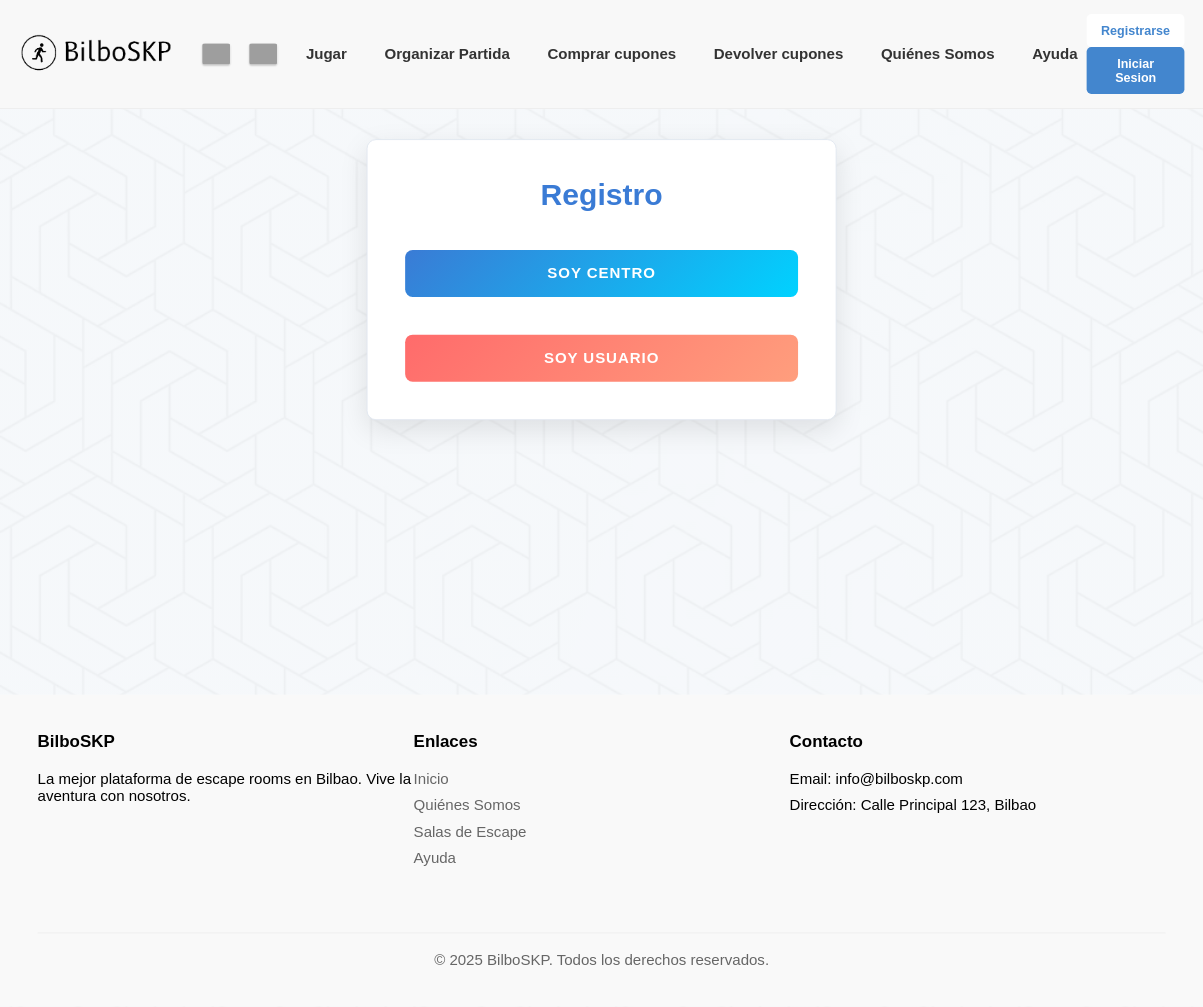
Repository: Andrew1447/Reto3-main
Page: http://localhost/bilboSKP/Registrar.jsp
An editor plug-in stored every save of this project. The page is shown before and after the next save, followed by the edit.
The browser window is 1280 px wide. The pictures show the whole page, at 94% of full size.
Pictures or frames that could not be fetched are drawn as grey boxes. Backgrounds fixed to the window are drawn as part of the page. Some web fonts or font styles are not loaded; a fallback is used. The page is served by Tomcat 9. Other server files are loaded and not shown. The template is opened directly, without the code that normally fills it, so the values that code supplies are empty.

Above is the page before, as saved 2025-04-27 15:48:39.

### bilboSKP/src/main/webapp/Registrar.jsp
<%@ page language="java" contentType="text/html; charset=UTF-8" pageEncoding="UTF-8"%>
<!DOCTYPE html>
<html lang="en">
<head>
    <meta charset="UTF-8">
    <meta name="viewport" content="width=device-width, initial-scale=1.0">
    <title>Login</title>
    <link rel="stylesheet" href="styles/style.css">
    <link rel="stylesheet" href="styles/login.css">
    <link rel="stylesheet" href="styles/Resgistrarmenu.css">
    <link rel="preconnect" href="https://fonts.googleapis.com">
    <link rel="preconnect" href="https://fonts.gstatic.com" crossorigin>
    <link href="https://fonts.googleapis.com/css2?family=Ubuntu:ital,wght@0,300;0,400;0,500;0,700;1,300;1,400;1,500;1,700&display=swap" rel="stylesheet">
</head>
<body>
<header>
    <div class="logo-container">
        <a href="Index.jsp"><img src="img/bilboskp-high-resolution-logo-removebg-preview.png"></a>

        <div class="language-selector">
                <a href="?lang=es" title="Español">
                    <img src="https://upload.wikimedia.org/wikipedia/commons/thumb/9/9a/Flag_of_Spain.svg/1200px-Flag_of_Spain.svg.png" alt="Bandera de España">
                </a>
                <a href="?lang=en" title="English">
                    <img src="https://upload.wikimedia.org/wikipedia/commons/thumb/8/83/Flag_of_the_United_Kingdom_%283-5%29.svg/1200px-Flag_of_the_United_Kingdom_%283-5%29.svg.png" alt="Bandera del Reino Unido">
                </a>
            </div>
        </div>

    <nav>

        <a href="EscapeRooms.jsp">Jugar</a>
        <a href="OrganizarPartida.jsp">Organizar Partida</a>
        <a href="Packcupones.jsp">Comprar cupones</a>
		<a href="DevolverCupones.jsp">Devolver cupones</a>
        <a href="QuienesSomos.jsp">Quiénes Somos</a>
        <a href="Ayuda.jsp">Ayuda</a>

        <%
            Integer idRolUsuario = (Integer) request.getAttribute("idRol");
            Integer idCentroSesion = (Integer) request.getAttribute("idCentroSesion");

            // Mostrar "Registrar Centro" solo si el usuario no está logueado como centro
            if (idCentroSesion == null && idRolUsuario != null && idRolUsuario.equals(2)) {
        %>
                <a href="CentroRegistro.jsp">Registrar Centro</a>
        <%
            }
        %>
    </nav>

<div class="botones">
    <%
        String nombreSesion = (String) request.getAttribute("nombreSesion");
        String tipoUsuario = (String) request.getAttribute("tipoUsuario");
        Integer saldoCupones = (Integer) request.getAttribute("saldoCupones");

        if (nombreSesion != null && !nombreSesion.isEmpty()) {
            if (tipoUsuario != null && tipoUsuario.equals("usuario")) {
    %>
                <span class="nombre-usuario">Bienvenido, <%= nombreSesion %> (<%= saldoCupones != null ? saldoCupones : 0 %> cupones)</span>
                <button onclick="window.location.href='LogoutServlet'">Cerrar Sesión</button>
    <%
            } else if (tipoUsuario != null && tipoUsuario.equals("centro")) {
    %>
                <span class="nombre-centro">Bienvenido, <%= nombreSesion %></span>
                <button onclick="window.location.href='LogoutCentroServlet'">Cerrar Sesión</button>
    <%
            }
        } else {
    %>
        <button class= "registrarse" onclick="window.location.href='Registrar.jsp'">Registrarse</button>
        <button onclick="window.location.href='login.jsp'">Iniciar Sesion</button>
    <%
        }
    %>
</div>
    </header>
    <div class="content-container">
        <div class="card">
            <h2>Registro</h2>
            <button class="casino-btn" onclick="window.location.href='SolicitudEmail.jsp'">SOY CENTRO</button>

            <button class="usuario-btn" onclick="window.location.href='Registrar3.jsp'">SOY USUARIO</button>
        </div>
    </div>
    <footer>
        <div class="container">
            <div class="footer-content">
                <div class="footer-column">
                    <h3>BilboSKP</h3>
                    <p>La mejor plataforma de escape rooms en Bilbao. Vive la aventura con nosotros.</p>
                </div>
                <div class="footer-column">
                    <h3>Enlaces</h3>
                    <ul>
                        <li><a href="Index.jsp">Inicio</a></li>
                        <li><a href="QuienesSomos.jsp">Quiénes Somos</a></li>
                        <li><a href="EscapeRooms.jsp">Salas de Escape</a></li>
                        <li><a href="Ayuda.jsp">Ayuda</a></li>
                    </ul>
                </div>
                <div class="footer-column">
                    <h3>Contacto</h3>
                    <ul>
                        <li>Email: info@bilboskp.com</li>
                        <li>Dirección: Calle Principal 123, Bilbao</li>
                    </ul>
                </div>
            </div>
            <div class="footer-bottom">
                <p>&copy; 2025 BilboSKP. Todos los derechos reservados.</p>
            </div>
        </div>
    </footer>
</body>
</html>

### bilboSKP/src/main/webapp/styles/style.css
* {
      margin: 0;
      padding: 0;
      box-sizing: border-box;
    }

body {
    font-family: "Ubuntu", sans-serif;
    font-weight: 500;
    font-style: normal;
    background-color: #f4f7fa;
    margin: 0;
    padding: 0;
    background-image: linear-gradient(rgba(244, 247, 250, 0.85), rgba(244, 247, 250, 0.85)), url('../img/fondod.png');
    background-repeat: no-repeat;
    background-size: cover;
    background-position: center;
    background-attachment: fixed; /* Esto asegura que el fondo permanezca fijo */
}

.logo-container {
            display: flex;
            align-items: center;
        }

        .logo-container img {
            height: 50px;
            width: auto;
        }

  .language-selector {
            display: flex;
            align-items: center;
            margin-left: 20px;
        }

        .language-selector a {
            display: flex;
            align-items: center;
            margin: 0 5px;
            padding: 5px;
            border-radius: 4px;
            transition: background-color 0.2s;
        }

        .language-selector a:hover {
            background-color: #f0f0f0;
        }

        .language-selector img {
            width: 30px;
            height: auto;
            border-radius: 3px;
            box-shadow: 0 1px 2px rgba(0, 0, 0, 0.2);
        }

header {
    display: grid;
    grid-template-columns: 1fr auto 1fr;
    align-items: center;
    padding: 15px 20px;
    background-color: #f8f8f8;
    border-bottom: 1px solid #eee;
}

header > a:first-child {
    justify-self: start;
}

header a img {
    max-height: 50px;
}

header nav {
    grid-column: 2;
    display: flex;
    justify-content: center;
    gap: 20px; /* Equal spacing between links */
}

header nav a {
    text-decoration: none;
    color: #333;
    margin-left: 20px;
    font-weight: bold;
}

header nav a:hover {
    color: #4386ce;
}

header button {
    background-color: #4386ce;
    color: white;
    border: none;
    padding: 10px 15px;
    border-radius: 5px;
    cursor: pointer;
    margin-left: 10px;
    font-weight: bold;
}

header button:hover {
    background-color: #437cb8;
}


body{
  font-family: "Ubuntu", sans-serif;
  font-weight: 500;
  font-style: normal;
  background-repeat: no-repeat;
  background-size: cover;
  background-attachment: fixed;
}

.botones {
    grid-column: 3;
    justify-self: end;
}

.registrarse{
    background-color: #ffff;
    color: #4386ce;
    font-weight: bold;
}
.registrarse:hover{
    background-color: #cfcfcf;
    color: #4386ce;
    font-weight: bold;
}



	.container {
	width: 100%;
    max-width: 1200px;
    margin: 0 auto;
	}


        /* Footer */
        footer {
            background-color: #f9f9f9;
            padding: 40px 0;
            margin-top: 60px;
        }

        .footer-content {
            display: flex;
            justify-content: space-between;
            flex-wrap: wrap;
        }

        .footer-column {
            flex: 1;
            min-width: 200px;
            margin-bottom: 20px;
        }

        .footer-column h3 {
            margin-bottom: 20px;
            font-size: 18px;
        }

        .footer-column ul {
            list-style: none;
        }

        .footer-column ul li {
            margin-bottom: 10px;
        }

        .footer-column ul li a {
            text-decoration: none;
            color: #666;
        }

        .footer-bottom {
            text-align: center;
            margin-top: 40px;
            padding-top: 20px;
            border-top: 1px solid #eee;
            color: #666;
        }

        /* Responsive */
        @media (max-width: 768px) {
            header {
                flex-direction: column;
                gap: 15px;
            }

            nav ul {
                margin: 15px 0;
                flex-wrap: wrap;
                justify-content: center;
            }

            .about-content {
                flex-direction: column;
            }

            .features {
                grid-template-columns: 1fr;
            }

            .carousel-container {
                height: 300px;
            }
        }

### bilboSKP/src/main/webapp/styles/login.css
.container {
    width: 100%;
    max-width: 1200px;
    margin: 0 auto;
  }

  .flex {
    display: flex;
  }

  .items-center {
    align-items: center;
  }

  .justify-center {
    justify-content: center;
  }

  .min-h-screen {
    min-height: 100vh;
  }

  .px-4 {
    padding-left: 1rem;
    padding-right: 1rem;
  }
  /* Tarjeta principal */
.card {
    background-color: white;
    border-radius: 0.5rem;
    border: 1px solid #e2e8f0;
    overflow: hidden;
    margin-bottom: 200px;
  }

  .w-full {
    width: 100%;
  }

  .max-w-md {
    max-width: 28rem;
  }

  /* Cabecera de la tarjeta */
  .card-header {
    padding: 1.5rem 1.5rem 0;
  }

  .card-title {
    font-size: 1.25rem;
    font-weight: 600;
    margin-bottom: 0.25rem;
  }

  .card-description {
    color: #64748b;
    font-size: 0.875rem;
  }

  .text-center {
    text-align: center;
  }

  .text-2xl {
    font-size: 1.5rem;
  }

  .space-y-1 > * + * {
    margin-top: 0.25rem;
  }

  /* Contenido de la tarjeta */
  .card-content {
    padding: 1.5rem;
  }

  /* Pie de la tarjeta */
  .card-footer {
    padding: 0 1.5rem 1.5rem;
  }

  .flex-col {
    flex-direction: column;
  }

  .space-y-2 > * + * {
    margin-top: 0.5rem;
  }


  /* Contenedor de pestañas */
.tabs-list {
    display: flex;
    border-bottom: 1px solid #e2e8f0;
    justify-content: center;
  }

  /* Botones de pestañas */
  .tab-trigger {
    padding: 0.5rem 1rem;
    font-size: 0.875rem;
    font-weight: 500;
    color: #64748b;
    background: none;
    border: none;
    cursor: pointer;
    border-bottom: 2px solid transparent;
  }

  .tab-trigger.active {
    color: #1e293b;
    border-bottom-color: #1e293b;
  }

  /* Contenido de pestañas */
  .tab-content {
    display: none;
    padding-top: 1rem;
  }

  .tab-content.active {
    display: block;
  }

  /* Espaciado del formulario */
.space-y-4 > * + * {
    margin-top: 1rem;
  }

  .mt-4 {
    margin-top: 1rem;
  }

  /* Etiquetas de formulario */
  .form-label {
    display: block;
    font-size: 0.875rem;
    font-weight: 500;
    margin-bottom: 0.25rem;
  }

  /* Campos de entrada */
  .form-input {
    width: 100%;
    padding: 0.5rem;
    border-radius: 0.375rem;
    border: 1px solid #e2e8f0;
    background-color: white;
    font-size: 0.875rem;
  }

  .form-input:focus {
    outline: none;
    border-color: #94a3b8;
    box-shadow: 0 0 0 1px #94a3b8;
  }

  /* Botón principal */
.btn {
    display: inline-flex;
    align-items: center;
    justify-content: center;
    border-radius: 0.375rem;
    padding: 0.5rem 1rem;
    font-weight: 500;
    background-color: #1e293b;
    color: white;
    cursor: pointer;
    border: none;
    transition: background-color 0.2s;
    text-decoration: none;
  }

  .btn:hover {
    background-color: #334155;
  }

  .w-full {
    width: 100%;
  }

  /* Textos pequeños */
.text-sm {
    font-size: 0.875rem;
  }

  /* Colores de texto */
  .text-slate-500 {
    color: #64748b;
  }

  .text-slate-800 {
    color: #1e293b;
  }

  /* Efectos de enlace */
  .hover-underline:hover {
    text-decoration: underline;
  }

### bilboSKP/src/main/webapp/styles/Resgistrarmenu.css
@import url("https://fonts.googleapis.com/css2?family=Ubuntu:ital,wght@0,300;0,400;0,500;0,700;1,300;1,400;1,500;1,700&display=swap");

:root {
  --primary-color: #3a7bd5;
  --secondary-color: #00d2ff;
  --accent-color: #ff6b6b;
  --background-color: #f5f7fa;
  --card-background: #ffffff;
  --text-color: #333333;
  --button-text: #ffffff;
}

a {
  color: inherit;
  text-decoration: none;
}

/* General styles */
.page-container {
  min-height: 100vh;
  display: flex;
  flex-direction: column;
}


/* Content container styles */
.content-container {
  flex: 1;
  display: flex;
  justify-content: center;
  align-items: center;
  padding: 2rem;
}

/* Card styles */
.card {
  background-color: var(--card-background);
  border-radius: 10px;
  box-shadow: 0 10px 30px rgba(0, 0, 0, 0.1);
  padding: 2.5rem;
  width: 100%;
  max-width: 500px;
  display: flex;
  flex-direction: column;
  align-items: center;
  gap: 1.5rem;
  transition: transform 0.3s ease, box-shadow 0.3s ease;
}

.card:hover {
  transform: translateY(-5px);
  box-shadow: 0 15px 35px rgba(0, 0, 0, 0.15);
}

.card h2 {
  font-size: 2rem;
  font-weight: 700;
  color: var(--primary-color);
  margin-bottom: 1rem;
  text-align: center;
}

/* Button styles */
.card button {
  width: 100%;
  padding: 1rem;
  border: none;
  border-radius: 8px;
  font-family: "Ubuntu", sans-serif;
  font-size: 1rem;
  font-weight: 700;
  cursor: pointer;
  transition: all 0.3s ease;
  color: var(--button-text);
  letter-spacing: 1px;
}

.casino-btn {
  background: linear-gradient(135deg, var(--primary-color), var(--secondary-color));
  margin-bottom: 1rem;
}

.usuario-btn {
  background: linear-gradient(135deg, var(--accent-color), #ff9e7d);
}

.card button:hover {
  transform: translateY(-3px);
  box-shadow: 0 5px 15px rgba(0, 0, 0, 0.2);
}

.card button:active {
  transform: translateY(0);
  box-shadow: 0 2px 5px rgba(0, 0, 0, 0.2);
}


/* Responsive styles */
@media (max-width: 768px) {
  header {
    flex-direction: column;
    padding: 1rem;
    gap: 1rem;
  }

  nav {
    gap: 1rem;
    width: 100%;
    justify-content: center;
  }

  .card {
    padding: 2rem 1.5rem;
  }
}

@media (max-width: 480px) {
  nav {
    flex-direction: column;
    align-items: center;
    gap: 0.5rem;
  }

  .card h2 {
    font-size: 1.5rem;
  }

  .card button {
    padding: 0.8rem;
  }
}

After the next save:
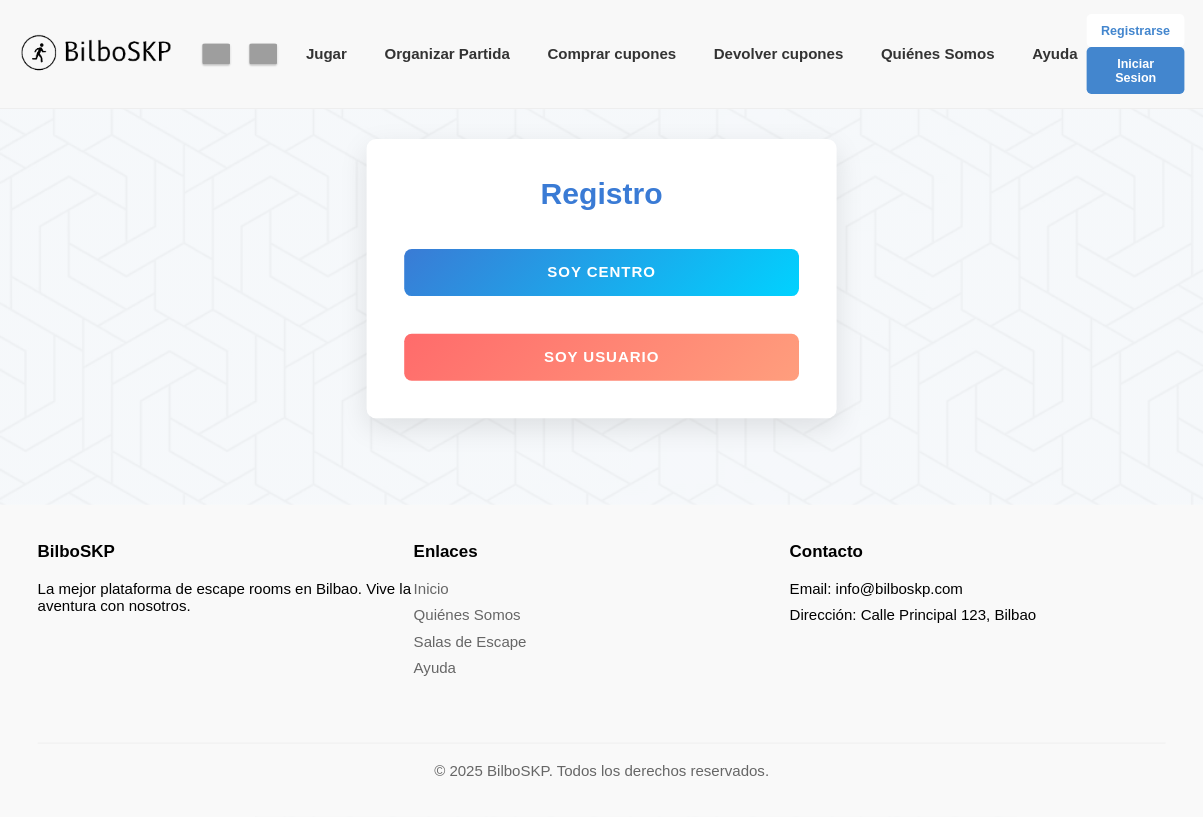
Saved 71 s later.
--- a/bilboSKP/src/main/webapp/Registrar.jsp
+++ b/bilboSKP/src/main/webapp/Registrar.jsp
@@ -6,7 +6,6 @@
     <meta name="viewport" content="width=device-width, initial-scale=1.0">
     <title>Login</title>
     <link rel="stylesheet" href="styles/style.css">
-    <link rel="stylesheet" href="styles/login.css">
     <link rel="stylesheet" href="styles/Resgistrarmenu.css">
     <link rel="preconnect" href="https://fonts.googleapis.com">
     <link rel="preconnect" href="https://fonts.gstatic.com" crossorigin>
